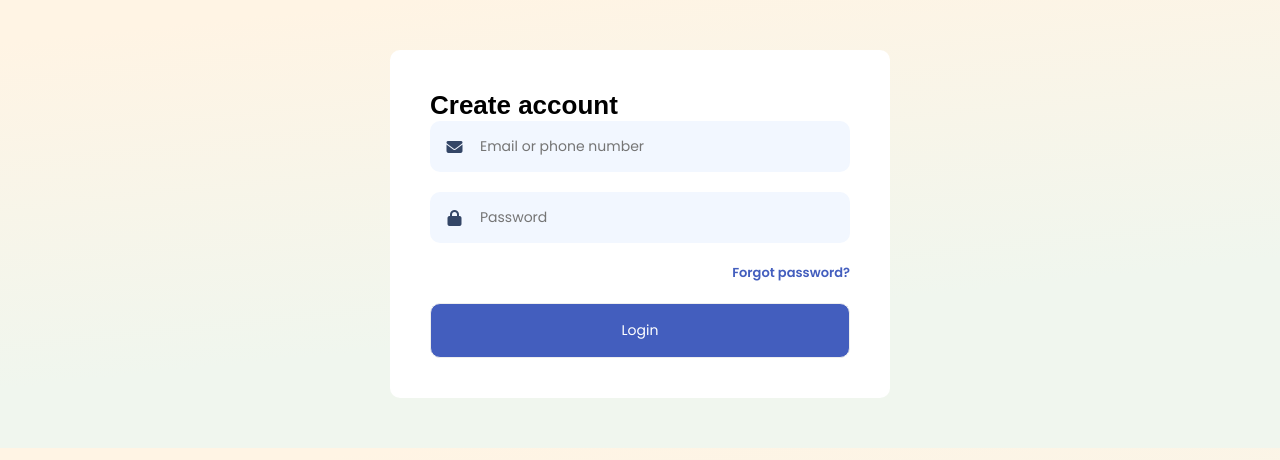
Repository: VuTuanAnh0949/loginForm
Page: index.html
An editor plug-in stored every save of this project. The page is shown before and after a run of saves, followed by the edit.
The browser window is 1280 px wide. The pictures show the whole page.

Above is the page before, as saved 2022-04-15 21:09:08.

After the next 2 saves:
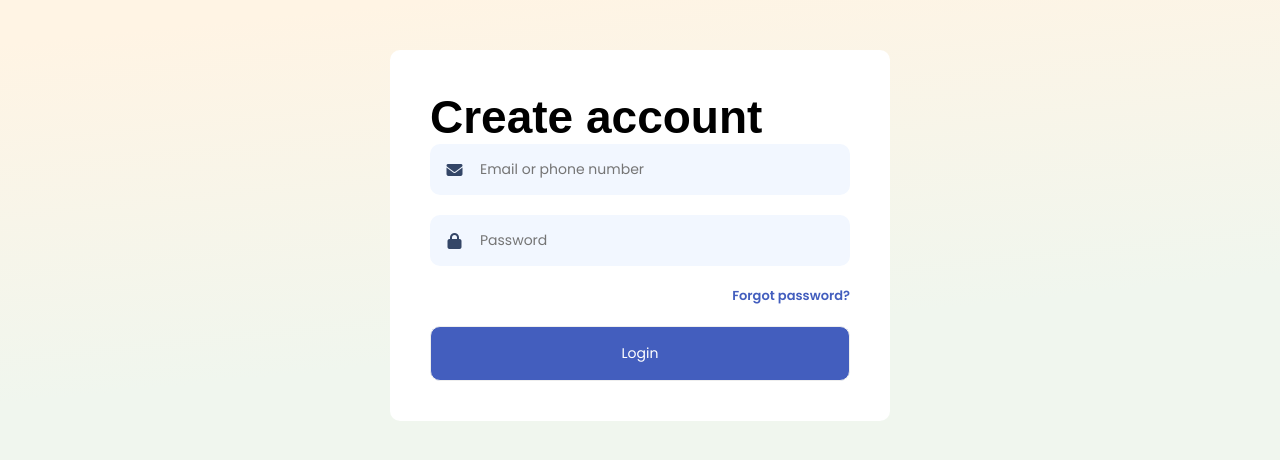
The 2 saves are shown as one change because they came seconds apart.
The last was saved 7 s later.
--- a/style.css
+++ b/style.css
@@ -16,7 +16,7 @@ background-color: white;
 border-radius: 10px;
 }
 .login__heading{
-  font-size: 26px;
+  font-size: 46px;
   font-family: Arial, Helvetica, sans-serif;
   font-weight: 700;
 }
